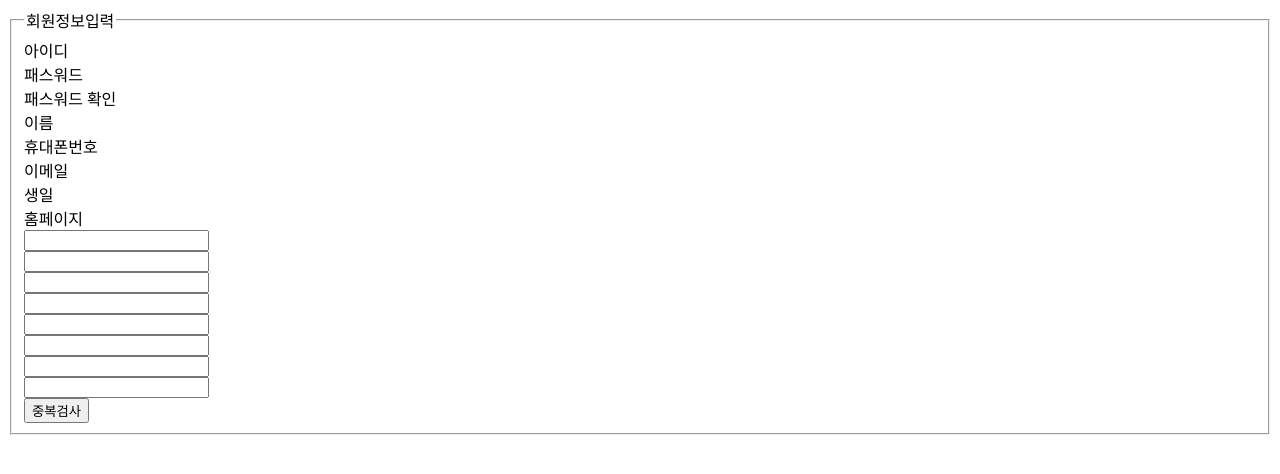
Repository: saysang22/servlet
Page: http://localhost/BookMarket/validationExample.jsp
These files come from the project's save history. The page is drawn as it stood at one moment and after the next save; the edit follows.
The browser window is 1280 px wide. The pictures show the whole page.
The page is served by Tomcat 10.

Above is the page before, as saved 2024-05-31 07:51:12.

After the next save:
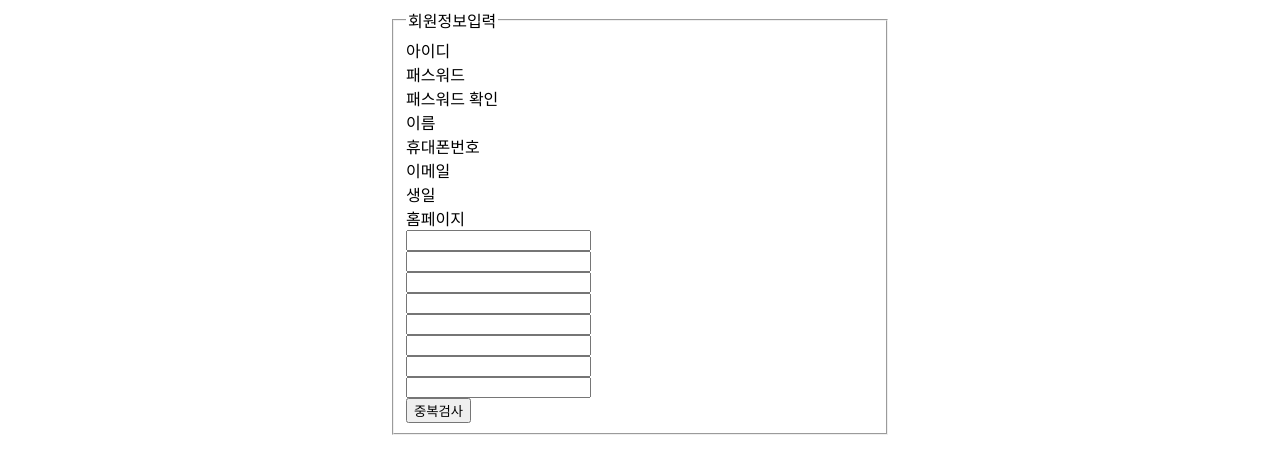
Saved 34 s later.
--- a/BookMarket/src/main/webapp/resources/css/validationExample.css
+++ b/BookMarket/src/main/webapp/resources/css/validationExample.css
@@ -1,4 +1,10 @@
 @charset "UTF-8";
+
+form {
+	width: 500px;
+	margin: 0 auto;
+}
+
 
 ul {
 	list-style: none;
